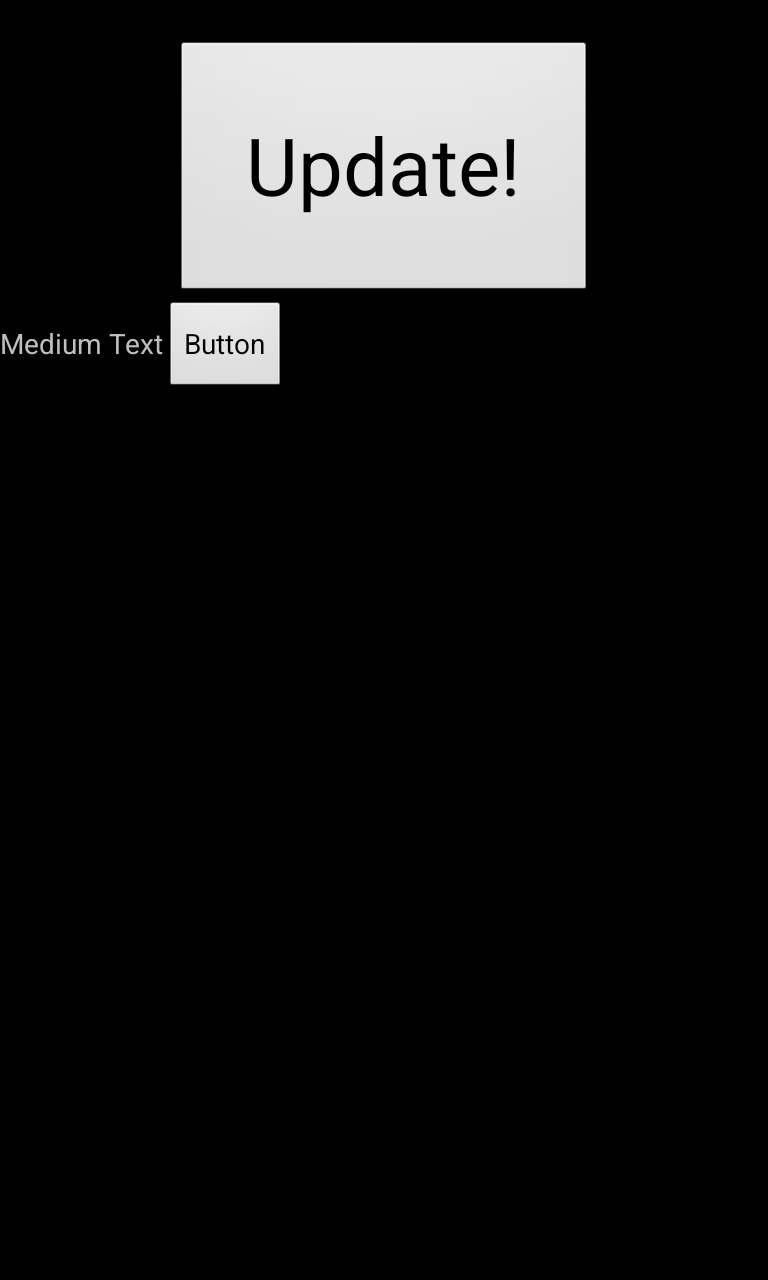
Repository: hgrateam/HangaramAPP_OLD-v2.0.6
Layout: HangaramAPP/res/layout/dbupdate.xml
These files come from the project's save history. The layout is drawn as it stood at one moment and after a run of saves; the edit follows.
It is drawn on a 768 x 1280 px phone screen (xhdpi) without system bars, with theme android:Theme.Black.NoTitleBar; the app's code is not run.

Above is the layout before, as saved 2012-07-14 09:37:01.

After the next 2 saves:
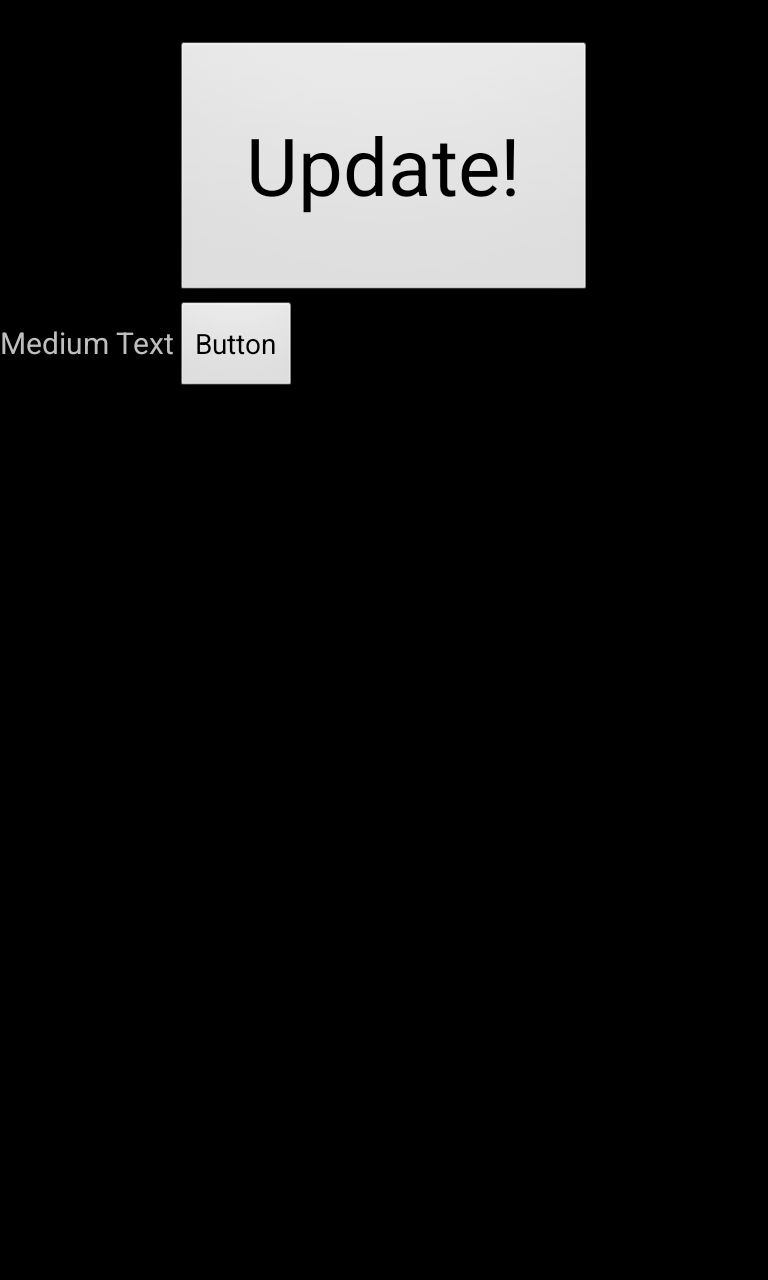
The 2 saves are shown as one change because they came seconds apart.
The last was saved 15 s later.
--- a/HangaramAPP/res/layout/dbupdate.xml
+++ b/HangaramAPP/res/layout/dbupdate.xml
@@ -22,7 +22,8 @@
             android:id="@+id/textView1"
             android:layout_width="wrap_content"
             android:layout_height="wrap_content"
-            android:text="Medium Text" />
+            android:text="Medium Text"
+            android:textSize="15dp" />
 
         <Button
             android:id="@+id/button1"
